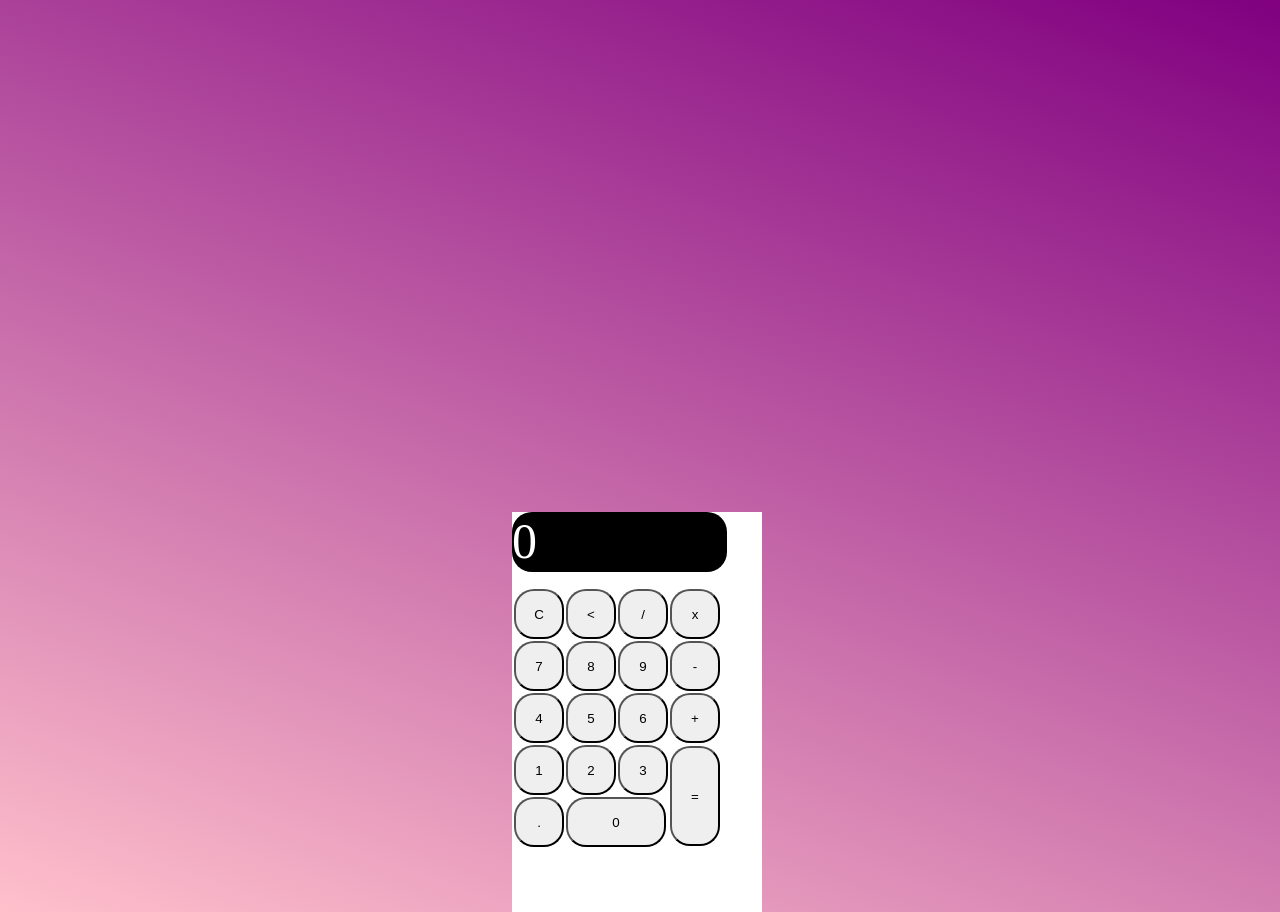
Repository: mariele-huff/calculadora
Page: index.html
An editor plug-in stored every save of this project. The page is shown before and after the next save, followed by the edit.
The browser window is 1280 px wide. The pictures show the whole page.

Above is the page before, as saved 2022-08-12 18:53:40.

After the next save:
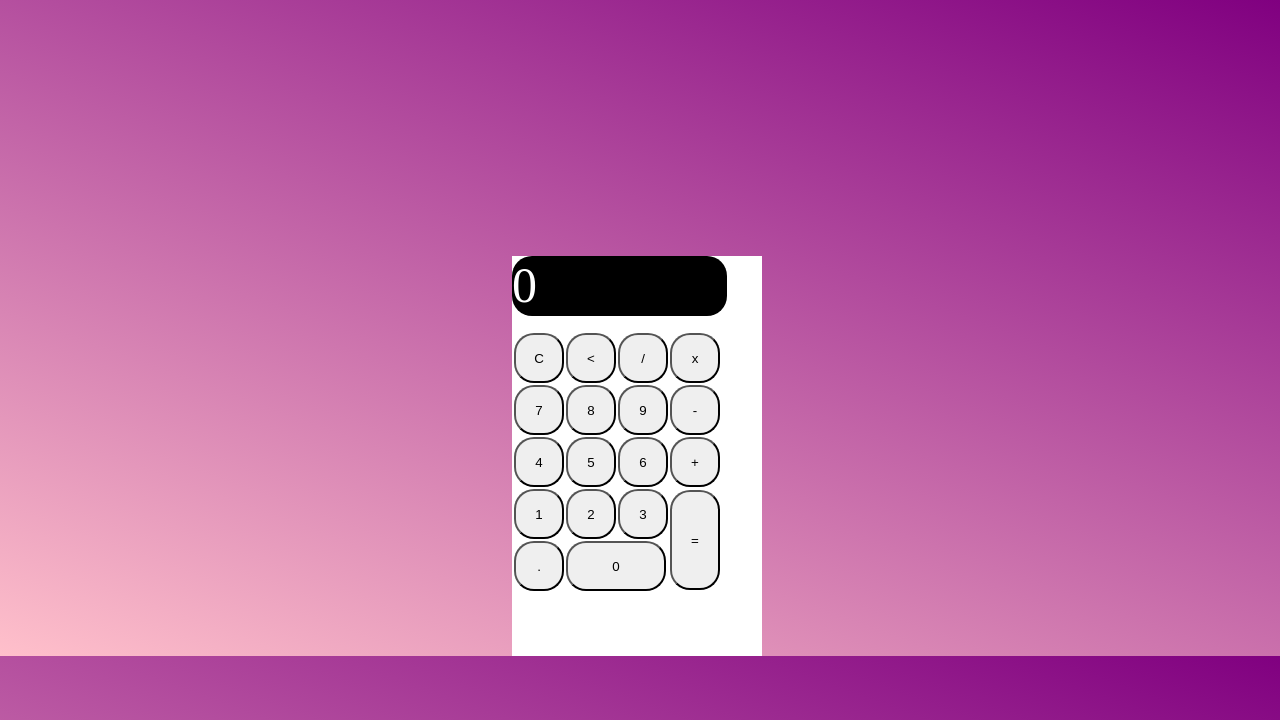
Saved 7 s later.
--- a/style.css
+++ b/style.css
@@ -9,7 +9,7 @@ body{
 }
 
 .calculadora{
-    margin-top: 40%;
+    margin-top: 20%;
     background-color: white ;
     width: 250px;
     height: 400px;
